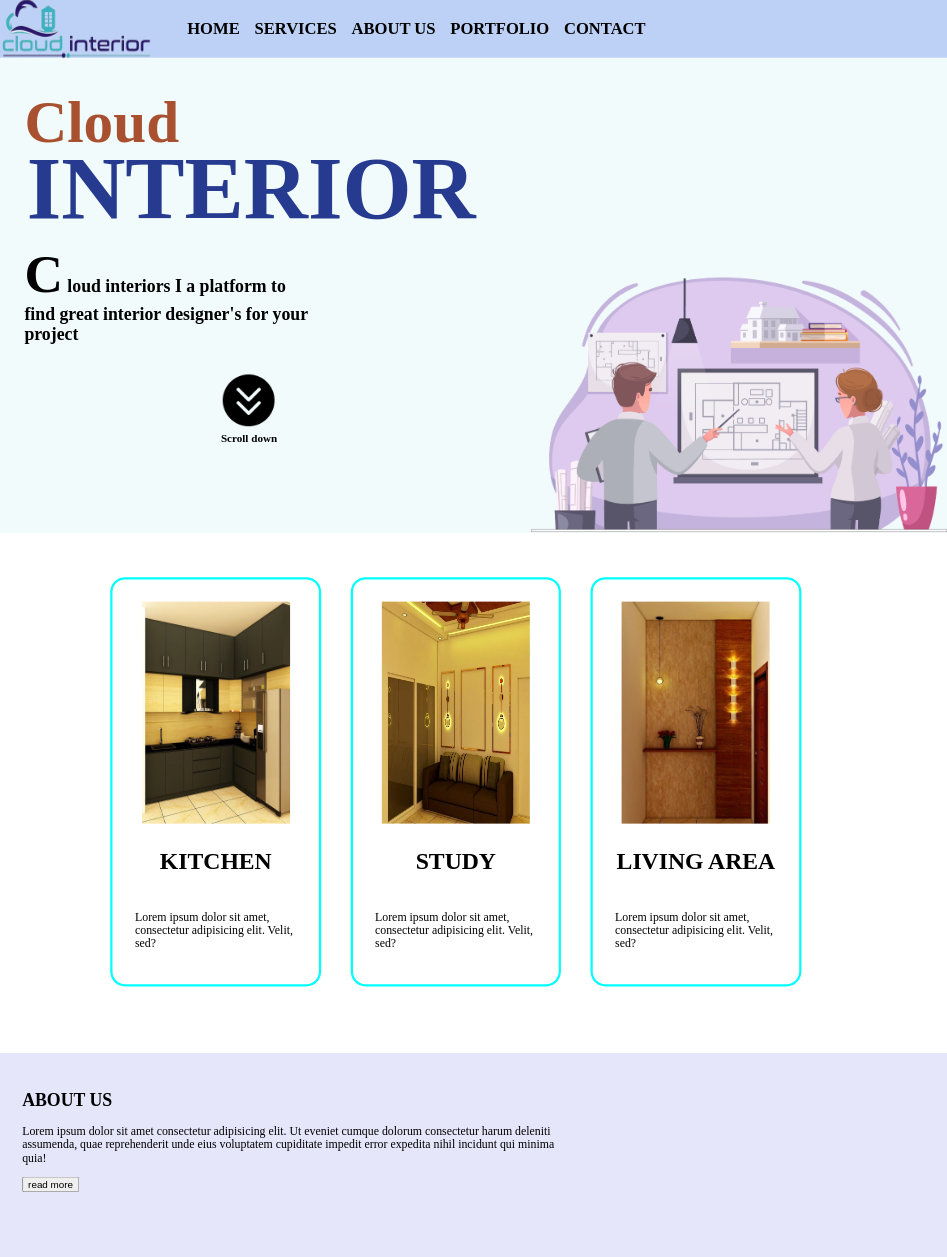
Repository: Ganavid/ganavidgowda.github.io
Page: cloud interior/‌index.html
An editor plug-in stored every save of this project. The page is shown before and after the next save, followed by the edit.
The browser window is 1280 px wide. The pictures show the whole page, at 74% of full size.

Above is the page before, as saved 2023-03-04 02:57:39.

### cloud interior/‌index.html
<!DOCTYPE html>
<html lang="en">

<head>
    <meta charset="UTF-8">
    <meta http-equiv="X-UA-Compatible" content="IE=edge">
    <meta name="viewport" content="width=device-width, initial-scale=1.0">
    <link rel="stylesheet" href="interial.css">
    <title>cloud</title>
</head>

<body>
    <div id="mainr">
    <nav id="navbar">
        <div id="logocnt">
            <img id="logo" src="Layer 2.png" alt="the company" width="100px" height="50px">

        </div>
        <ul id="contents">
            <li class="item">
                <a href="interial.html">HOME</a>
            </li>
            <li class="item">
                <a href="#SERVICES">SERVICES</a>
            </li>
            <li class="item">
                <a href="about.html">ABOUT US</a>
            </li>
            <li class="item">
                <a href="gallery.html">PORTFOLIO</a>
            </li>
            <li class="item">
                <a href="register.html">CONTACT</a>
            </li>
        </ul>
    </nav>
</div>
    <div id="content2">
        <div id="subcontent">
            <h1>Cloud <br><span>Interior</span> </h1>
            <p><span>C</span>   loud interiors I a platform
                to find great interior designer's
                for your project
            </p>
            <img src="scroll.png" alt="scroll down" id="scro">
            <p style="font-size: 15px;align-self: center;">Scroll down</p>
        </div>

        <div id="subcntimg">
            <img src="Group 1.png" alt=" studio" id="starter">
        </div>
    </div>

    <div id="ser">
        <!-- <h2 style="text-align: center;">SERVICES WE OFFER</h2> -->
        <div id="services">

            <div class="items">
                <img class="img1" src="ki1.jpeg" width="200px" height="300px" alt="kitchen">
                <h3 style="font-size: 200%;font-family: Montserrat;font-weight: SemiBold;text-transform: capitalize;">KITCHEN</h3>
                <p>Lorem ipsum dolor sit
                    amet, consectetur adipisicing
                    elit. Velit, sed?
                </p>
            </div>
            <div class="items">
                <img class="img1" src="h4.jpeg" width="200px" height="300px" alt="studyroom">
                <h3 style="font-size: 200%;font-family: Montserrat;font-weight: SemiBold; text-transform: capitalize;">STUDY</h3>
                <p>Lorem ipsum dolor sit
                    amet, consectetur adipisicing
                    elit. Velit, sed?
                </p>
            </div>
            <div class="items">
                <img class="img1" src="h2.jpeg" width="200px" height="300px" alt="bathroom">
                <h3 style="font-size: 200%;font-family: Montserrat;font-weight: SemiBold;text-transform: capitalize;">LIVING AREA</h3>
                <p>Lorem ipsum dolor sit
                    amet, consectetur adipisicing
                    elit. Velit, sed?
                </p>
            </div>
        </div>

    </div>
    <div id="about">
        <h2>ABOUT US</h2>
        <p id="abtcon">Lorem ipsum dolor sit amet consectetur adipisicing elit. Ut eveniet cumque dolorum consectetur
            harum deleniti assumenda, quae reprehenderit unde eius voluptatem cupiditate impedit error expedita nihil
            incidunt qui minima quia!</p>
        <button id="button">read more</button>
    </div>

</body>

</html>

### cloud interior/interial.css
body{
    margin: 0px;
    padding: 0px;
    border: 0px;
}


nav{
    display: flex;
    justify-content: left;
    background-color: #BDD0F5;
    padding: 3px;
    align-items: center;
    position: fixed;
    width: 100vw;
    height: 10vh;
    min-height: 20px;
}

#logocnt{
    display: flex;
    flex-direction: row;
    margin:8px 0px 8px 0px;
    padding-top: 5px;
    padding-bottom: 5px;
}

#logo{
    height: 80px;
    width: 200px;
    margin:8px 0px 8px 0px;
    padding-top: 10px;
    padding-bottom: 10px;
}

#contents{
    display: flex;
    flex-direction: row;
    list-style: none;

}
#contents li{
    display: flex;
    flex-direction: row;
    list-style: none;
    margin: 0px 10px 0px 10px;

}


#contents li a{
    text-decoration: none;
    margin: 0xp 10px 0px 10px;
    color:white;
    font-family: ebrima;
    font-weight: bold;
    font-size: 140%;
    color: black;
}

#content2 {
    display: flex;
    flex-direction:row;
    margin: 0px;
    padding: 0px;
    justify-content:space-between;
    height: 100vh;
    background-color: #3abccb11;
}


#subcontent{
    display: flex;
    flex-direction: column;
    width: 50%;
    align-items: normal;
    justify-content: center;
    margin: 3px;
    padding: 5px;
}

#subcontent h1 {
    color: #A8502F;
    font-size: 500%;
    font-family: Arial Rounded MT;
    font-weight: bold;
    margin: 3px;
    padding: 5px;
    margin-left: 20px;
    line-height: 90px;
}

#subcontent h1 span{
    color: #263B8F;
    font-size: 150%;
    margin: 3px;
    text-transform: uppercase;
}

#subcontent p{
    max-width: 60%;
    font-size: 150%;
    font-family: Ebrima;
    font-weight: bold;
    margin: 3px;
    padding: 5px;
    margin-left: 20px;
}

#subcontent p span{
    font-size: 300%;
}

#scro{
    height: 70px;
    width: 70px;
    display: flex;
    align-self: center;
    margin-top: 5%;
    margin-left: 15px;
}

#subcntimg{
    display: flex;
    flex-direction: row;
    align-self: flex-end;
    justify-content: flex-end;
    width: 50%;
    height: 100%;
}

#starter{
    align-self: flex-end;
    width: 90%;
    margin-bottom: 1px;

}

/* img{
    margin-top: 20px;
    width: 400px;
    align-items: center;
} */

#ser{
    /* border: solid aquamarine; */
    margin: 20px;
    padding: 20px;
    width: 90%;
    justify-content: space-around;

}
#services{
    display: flex;
    flex-direction: row;
    overflow:hidden;
    padding: 30px;
    padding-top: 0;
    justify-content: center;
}
.items{
    display: flex;
    flex-direction: column;
    overflow:hidden;
    padding: 30px;
    border: solid aqua;
    align-content: space-around;
    margin: 20px;
    align-items: center;
    justify-content: center;
    border-radius: 20px;
    max-width: 20%;
}
: 30px;
}
.img1{
    border-radius: 100%;
    width:300px;

}

#about{
    background-color: lavender;
    justify-content: center;
    height: 30vh;
    padding: 30px;
    }

#abtcon{
    width: 60%;
}

After the next save:
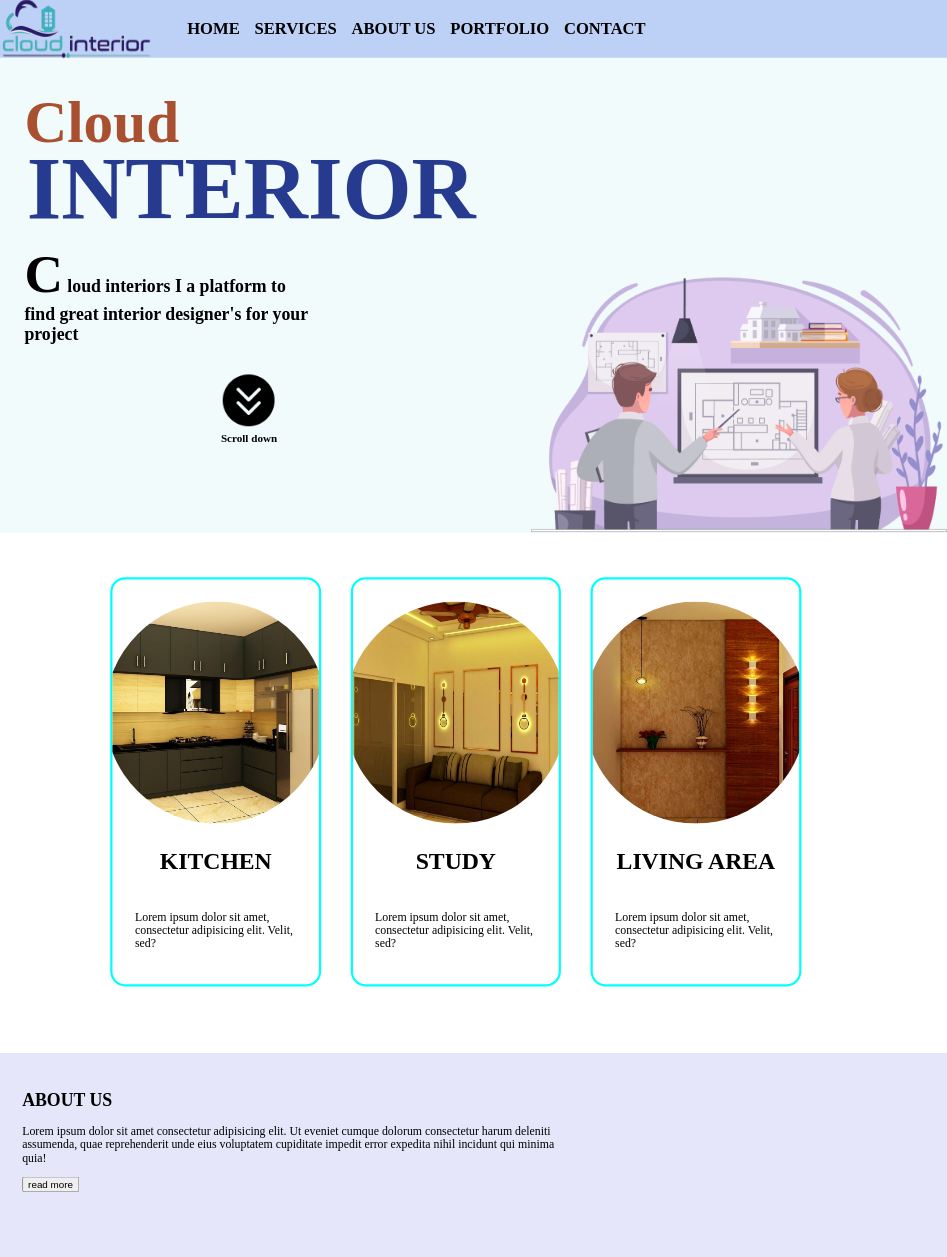
Saved 6 s later.
--- a/cloud interior/interial.css
+++ b/cloud interior/interial.css
@@ -171,8 +171,7 @@ nav{
     border-radius: 20px;
     max-width: 20%;
 }
-: 30px;
-}
+
 .img1{
     border-radius: 100%;
     width:300px;
